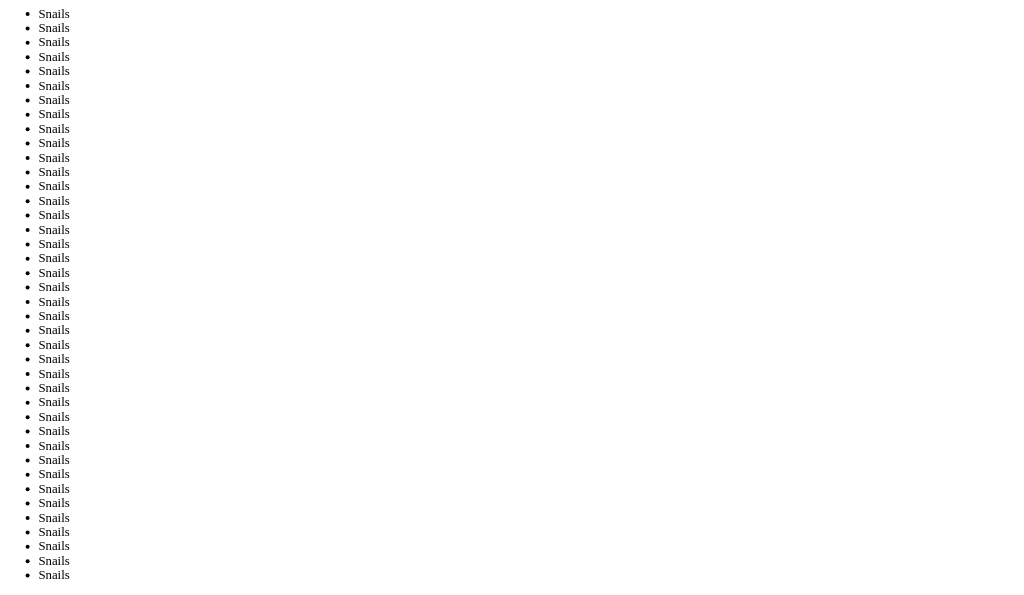
Repository: addie1988/resume
Page: Carousel.html
These files come from the project's save history. The page is drawn as it stood at one moment and after the next save; the edit follows.
The browser window is 1280 px wide. The pictures show the whole page, at 80% of full size.

Above is the page before, as saved 2021-11-24 11:45:00.

### Carousel.html
<ul id="Carousel">
    <li>Snails</li><li>Snails</li><li>Snails</li><li>Snails</li><li>Snails</li><li>Snails</li><li>Snails</li><li>Snails</li>
    <li>Snails</li><li>Snails</li><li>Snails</li><li>Snails</li><li>Snails</li><li>Snails</li><li>Snails</li><li>Snails</li>
    <li>Snails</li><li>Snails</li><li>Snails</li><li>Snails</li><li>Snails</li><li>Snails</li><li>Snails</li><li>Snails</li>
    <li>Snails</li><li>Snails</li><li>Snails</li><li>Snails</li><li>Snails</li><li>Snails</li><li>Snails</li><li>Snails</li>
    <li>Snails</li><li>Snails</li><li>Snails</li><li>Snails</li><li>Snails</li><li>Snails</li><li>Snails</li><li>Snails</li>
</ul>

After the next save:
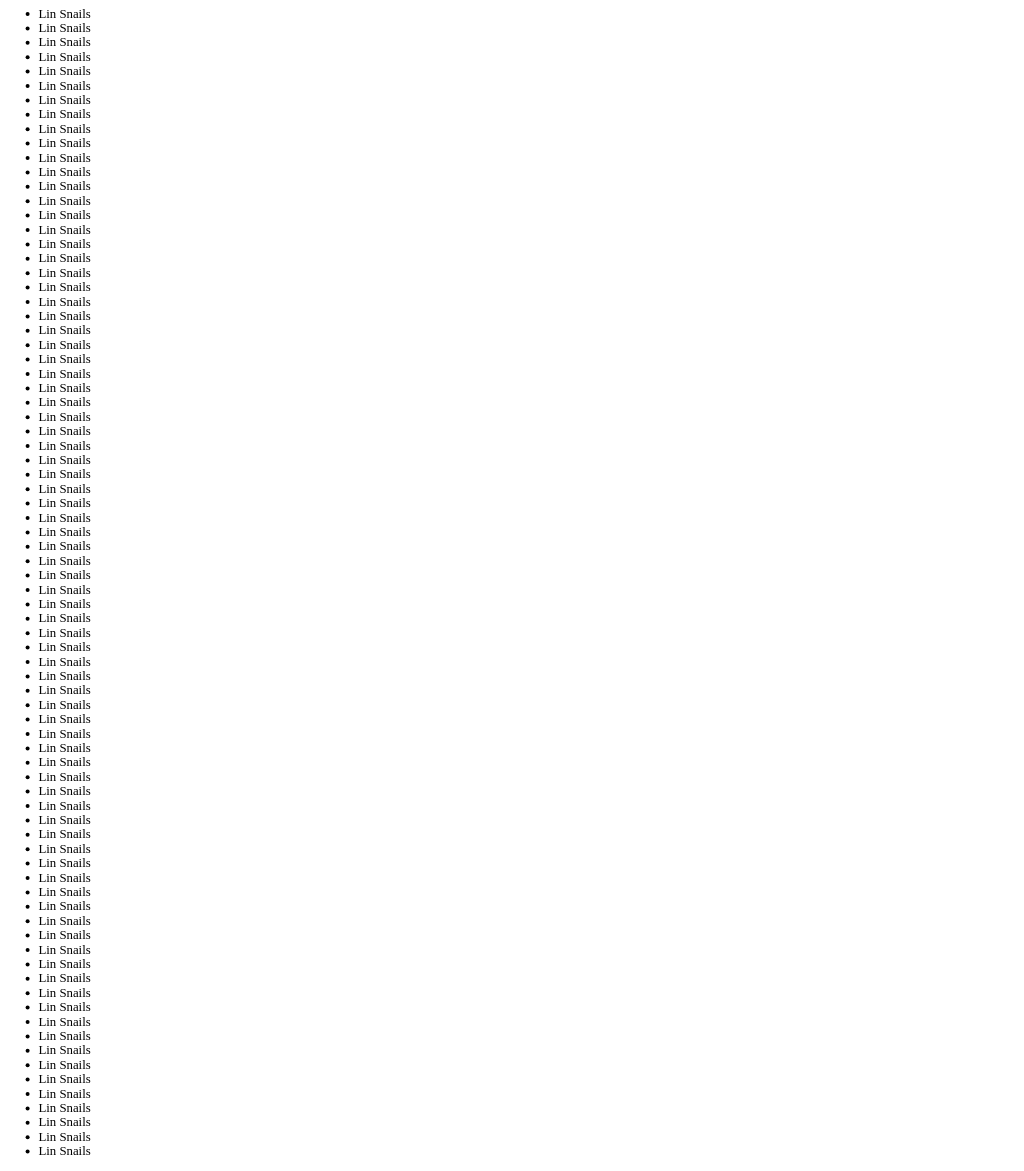
Saved 3 min 0 s later.
--- a/Carousel.html
+++ b/Carousel.html
@@ -1,7 +1,10 @@
 <ul id="Carousel">
-    <li>Snails</li><li>Snails</li><li>Snails</li><li>Snails</li><li>Snails</li><li>Snails</li><li>Snails</li><li>Snails</li>
-    <li>Snails</li><li>Snails</li><li>Snails</li><li>Snails</li><li>Snails</li><li>Snails</li><li>Snails</li><li>Snails</li>
-    <li>Snails</li><li>Snails</li><li>Snails</li><li>Snails</li><li>Snails</li><li>Snails</li><li>Snails</li><li>Snails</li>
-    <li>Snails</li><li>Snails</li><li>Snails</li><li>Snails</li><li>Snails</li><li>Snails</li><li>Snails</li><li>Snails</li>
-    <li>Snails</li><li>Snails</li><li>Snails</li><li>Snails</li><li>Snails</li><li>Snails</li><li>Snails</li><li>Snails</li>
+    <li>Lin Snails</li><li>Lin Snails</li><li>Lin Snails</li><li>Lin Snails</li><li>Lin Snails</li><li>Lin Snails</li><li>Lin Snails</li><li>Lin Snails</li><li>Lin Snails</li><li>Lin Snails</li>
+    <li>Lin Snails</li><li>Lin Snails</li><li>Lin Snails</li><li>Lin Snails</li><li>Lin Snails</li><li>Lin Snails</li><li>Lin Snails</li><li>Lin Snails</li><li>Lin Snails</li><li>Lin Snails</li>
+    <li>Lin Snails</li><li>Lin Snails</li><li>Lin Snails</li><li>Lin Snails</li><li>Lin Snails</li><li>Lin Snails</li><li>Lin Snails</li><li>Lin Snails</li><li>Lin Snails</li><li>Lin Snails</li>
+    <li>Lin Snails</li><li>Lin Snails</li><li>Lin Snails</li><li>Lin Snails</li><li>Lin Snails</li><li>Lin Snails</li><li>Lin Snails</li><li>Lin Snails</li><li>Lin Snails</li><li>Lin Snails</li>
+    <li>Lin Snails</li><li>Lin Snails</li><li>Lin Snails</li><li>Lin Snails</li><li>Lin Snails</li><li>Lin Snails</li><li>Lin Snails</li><li>Lin Snails</li><li>Lin Snails</li><li>Lin Snails</li>
+    <li>Lin Snails</li><li>Lin Snails</li><li>Lin Snails</li><li>Lin Snails</li><li>Lin Snails</li><li>Lin Snails</li><li>Lin Snails</li><li>Lin Snails</li><li>Lin Snails</li><li>Lin Snails</li>
+    <li>Lin Snails</li><li>Lin Snails</li><li>Lin Snails</li><li>Lin Snails</li><li>Lin Snails</li><li>Lin Snails</li><li>Lin Snails</li><li>Lin Snails</li><li>Lin Snails</li><li>Lin Snails</li>
+    <li>Lin Snails</li><li>Lin Snails</li><li>Lin Snails</li><li>Lin Snails</li><li>Lin Snails</li><li>Lin Snails</li><li>Lin Snails</li><li>Lin Snails</li><li>Lin Snails</li><li>Lin Snails</li>
 </ul>
